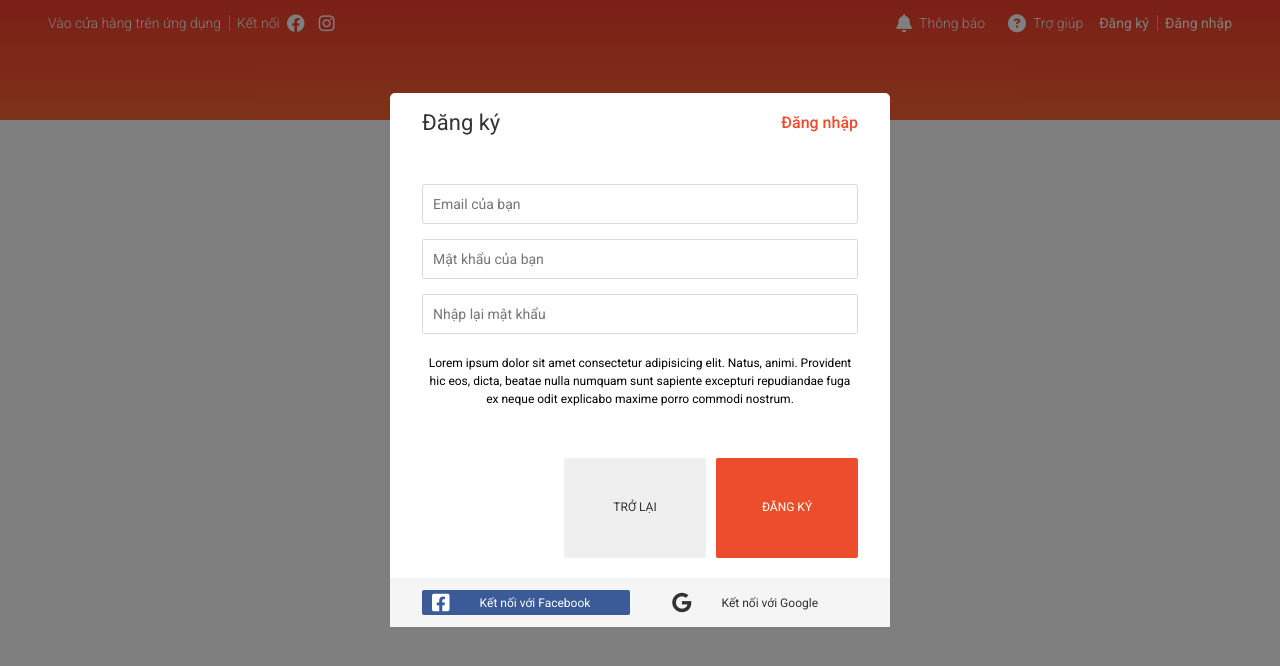
Repository: dptuyen1/F8-Tutorial
Page: index.html
An editor plug-in stored every save of this project. The page is shown before and after the next save, followed by the edit.
The browser window is 1280 px wide. The pictures show the whole page.

Above is the page before, as saved 2023-05-08 18:20:14.

### index.html
<!DOCTYPE html>
<html lang="en">
  <head>
    <meta charset="UTF-8" />
    <meta http-equiv="X-UA-Compatible" content="IE=edge" />
    <meta name="viewport" content="width=device-width, initial-scale=1.0" />
    <title>Document</title>
    <link
      rel="stylesheet"
      href="https://cdnjs.cloudflare.com/ajax/libs/normalize/8.0.1/normalize.min.css"
      integrity="sha512-NhSC1YmyruXifcj/KFRWoC561YpHpc5Jtzgvbuzx5VozKpWvQ+4nXhPdFgmx8xqexRcpAglTj9sIBWINXa8x5w=="
      crossorigin="anonymous"
      referrerpolicy="no-referrer"
    />
    <link rel="stylesheet" href="assets/css/base.css" />
    <link rel="stylesheet" href="assets/css/main.css" />
    <link
      rel="stylesheet"
      href="assets/fonts/fontawesome-free-6.4.0-web/css/all.min.css"
    />
    <link rel="preconnect" href="https://fonts.googleapis.com" />
    <link rel="preconnect" href="https://fonts.gstatic.com" crossorigin />
    <link
      href="https://fonts.googleapis.com/css2?family=Roboto:wght@300;400;500;700&display=swap"
      rel="stylesheet"
    />
  </head>

  <body>
    <div class="app">
      <header class="header">
        <div class="grid">
          <nav class="header__navbar">
            <ul class="header__navbar-list">
              <li
                class="header__navbar-item header__navbar-item-has-qr header__navbar-item-separate"
              >
                Vào cửa hàng trên ứng dụng
                <div class="header__qr">
                  <img
                    src="assets/img/qr_code.png"
                    alt="QR Cođe"
                    class="header__qr-img"
                  />
                  <div class="header__qr-apps">
                    <a href="" class="header__qr-link">
                      <img
                        src="assets/img/google_play.png"
                        alt="Google Play"
                        class="header__qr-download-img"
                      />
                    </a>
                    <a href="" class="header__qr-link">
                      <img
                        src="assets/img/app_store.png"
                        alt="App Store"
                        class="header__qr-download-img"
                      />
                    </a>
                  </div>
                </div>
              </li>
              <li class="header__navbar-item">
                <span class="header__navbar-title-no-pointer">Kết nối</span>
                <a href="" class="header__navbar-icon-link">
                  <i class="header__navbar-icon fa-brands fa-facebook"></i>
                </a>
                <a href="" class="header__navbar-icon-link">
                  <i class="header__navbar-icon fa-brands fa-instagram"></i>
                </a>
              </li>
            </ul>
            <ul class="header__navbar-list">
              <li class="header__navbar-item header__navbar-item--has-notify">
                <a href="" class="header__navbar-item-link">
                  <a href="" class="header__navbar-icon-link">
                    <i class="header__navbar-icon fa-solid fa-bell"></i> </a
                  >Thông báo
                </a>
                <div class="header__notify">
                  <header class="header__notify-header">
                    <h3>Thông báo mới nhận</h3>
                  </header>
                  <ul class="header__notify-list">
                    <li class="header__notify-item">
                      <a href="" class="header_notify-link">
                        <img
                          src="assets/img/comestic.jpg"
                          alt=""
                          class="header__notify-img"
                        />
                        <div class="header__notify-info">
                          <span class="header_notify-name"
                            >Mỹ phẩm Ohui chính hãng</span
                          >
                          <span class="header__notify-description"
                            >Mô tả mỹ tả Ohui chính hãng</span
                          >
                        </div>
                      </a>
                    </li>
                    <li class="header__notify-item header__notify-item--read">
                      <a href="" class="header_notify-link">
                        <img
                          src="assets/img/comestic.jpg"
                          alt=""
                          class="header__notify-img"
                        />
                        <div class="header__notify-info">
                          <span class="header_notify-name"
                            >Mỹ phẩm Ohui chính hãng</span
                          >
                          <span class="header__notify-description"
                            >Mô tả mỹ tả Ohui chính hãng</span
                          >
                        </div>
                      </a>
                    </li>
                    <li class="header__notify-item">
                      <a href="" class="header_notify-link">
                        <img
                          src="assets/img/comestic.jpg"
                          alt=""
                          class="header__notify-img"
                        />
                        <div class="header__notify-info">
                          <span class="header_notify-name"
                            >Mỹ phẩm Ohui chính hãng</span
                          >
                          <span class="header__notify-description"
                            >Mô tả mỹ tả Ohui chính hãng</span
                          >
                        </div>
                      </a>
                    </li>
                  </ul>
                  <footer class="header__notify-footer">
                    <a href="" class="header__notify-footer-btn">Xem tất cả</a>
                  </footer>
                </div>
              </li>
              <li class="header__navbar-item">
                <a href="" class="header__navbar-item-link">
                  <a href="" class="header__navbar-icon-link">
                    <i
                      class="header__navbar-icon fa-solid fa-circle-question"
                    ></i></a
                  >Trợ giúp
                </a>
              </li>
              <li
                class="header__navbar-item header__navbar-item-bold header__navbar-item-separate"
              >
                Đăng ký
              </li>
              <li class="header__navbar-item header__navbar-item-bold">
                Đăng nhập
              </li>
            </ul>
          </nav>
        </div>
      </header>

      <div class="container"></div>

      <footer class="footer"></footer>
    </div>

    <!-- Modal layout -->
    <div class="modal">
      <div class="modal__overlay"></div>
      <div class="modal__body">
        <div class="modal__inner"></div>

        <!-- Authenticated Form -->
        <form class="auth-form">
          <div class="auth-form__container">
            <div class="auth-form__header">
              <h3 class="auth_form__heading">Đăng ký</h3>
              <span class="auth_form__switch-btn">Đăng nhập</span>
            </div>
            <div class="auth-form__form">
              <div class="auth-form__group">
                <input
                  type="text"
                  class="auth-form__input"
                  placeholder="Email của bạn"
                />
              </div>
              <div class="auth-form__group">
                <input
                  type="password"
                  class="auth-form__input"
                  placeholder="Mật khẩu của bạn"
                />
              </div>
              <div class="auth-form__group">
                <input
                  type="password"
                  class="auth-form__input"
                  placeholder="Nhập lại mật khẩu"
                />
              </div>
            </div>
            <div class="auth-form__aside">
              <p>
                Lorem ipsum dolor sit amet consectetur adipisicing elit. Natus,
                animi. Provident hic eos, dicta, beatae nulla numquam sunt
                sapiente excepturi repudiandae fuga ex neque odit explicabo
                maxime porro commodi nostrum.
              </p>
            </div>
            <div class="auth-form__controls">
              <button class="btn btn--back">TRỞ LẠI</button>
              <button class="btn btn--primary">ĐĂNG KÝ</button>
            </div>
          </div>

          <div class="auth-form__socials">
            <a
              href=""
              class="auth-form__socials--facebook btn btn--size-s btn--with-icon"
            >
              <i
                class="auth-form_socials-icon fa-brands fa-square-facebook"
              ></i>
              <span class="auth-form__socials-label">Kết nối với Facebook</span>
            </a>
            <a
              href=""
              class="auth-form__socials--google btn btn--size-s btn--with-icon"
            >
              <i class="auth-form_socials-icon fa-brands fa-google"></i>
              <span class="auth-form__socials-label">Kết nối với Google</span>
            </a>
          </div>
        </form>
      </div>
    </div>
  </body>
</html>

### assets/css/base.css
:root {
  --primary-color: #ee4d2d;
  --white-color: #fff;
  --black-color: #000;
  --text-color: #333;
  --border-color: #dbdbdb;
}

* {
  box-sizing: inherit;
}

html {
  font-size: 62.5%;
  line-height: 1.6rem;
  font-family: "Roboto", sans-serif;
  box-sizing: border-box;
}

.grid {
  width: 1200px;
  max-width: 100%;
  /* căn giữa */
  margin: 0 auto;
}

.grid__full-width {
  width: 100%;
}

.grid__row {
  display: flex;
  flex-wrap: wrap;
}

/* Modal */
.modal {
  position: fixed;
  top: 0;
  right: 0;
  bottom: 0;
  left: 0;
  display: flex;
}

.modal__overlay {
  position: absolute;
  width: 100%;
  height: 100%;
  background-color: rgba(0, 0, 0, 0.5);
}

.modal__body {
  background-color: var(--white-color);
  margin: auto;
  position: relative;
  z-index: 1;
  border-radius: 5px;
}

.modal__inner {
}

/* Button style */
.btn {
  min-width: 142px;
  height: 100px;
  text-decoration: none;
  border: none;
  border-radius: 2px;
  cursor: pointer;
  padding: 0;
  font-size: 1.2rem;
  color: var(--text-color);
  display: flex;
  justify-content: center;
  align-items: center;
}

.btn:hover {
  background-color: rgba(0, 0, 0, 0.2);
}

.btn.btn--size-s {
  height: 25px;
  font-size: 1.2rem;
  padding: 0 10px;
}

.btn.btn--primary {
  color: var(--white-color);
  background-color: var(--primary-color);
}

.btn.btn--disabled {
  color: #ccc;
  cursor: default;
  background-color: #999;
}

/* Animation */
@keyframes fadeIn {
  from {
    opacity: 0;
  }

  to {
    opacity: 1;
  }
}

@keyframes notifyGrowth {
  from {
    opacity: 0;
    transform: scale(0);
  }

  to {
    opacity: 1;
    transform: scale(1);
  }
}

### assets/css/main.css
.header {
  height: 120px;
  background-image: linear-gradient(0, #fe6433, #f53e2d);
}

.header__navbar {
  display: flex;
  justify-content: space-between;
}

.header__navbar-list {
  list-style: none;
  padding-left: 0;
}

.header__navbar-item {
  margin: 0 8px;
  position: relative;
  min-height: 26px;
}

.header__navbar-item-has-qr:hover .header__qr {
  display: block;
}

.header__navbar-item,
.header__navbar-item-link {
  display: inline-block;
  font-size: 1.4rem;
  color: var(--white-color);
  text-decoration: none;
  font-weight: 300;
}

.header__navbar-list,
.header__navbar-item,
.header__navbar-item-link,
.header__navbar-icon-link {
  display: inline-flex;
  align-items: center;
}

.header__navbar-item:hover,
.header__navbar-item-link:hover,
.header__navbar-icon-link:hover {
  color: rgba(255, 255, 255, 0.5);
  cursor: pointer;
}

.header__navbar-item--has-notify:hover .header__notify {
  display: block;
}

.header__navbar-item-bold {
  font-weight: 400;
}

.header__navbar-item-separate::after {
  content: "";
  display: block;
  position: absolute;
  border-left: 1px solid #fb9086;
  height: 16px;
  right: -9px;
  top: 50%;
  transform: translateY(-50%);
}

.header__navbar-icon-link {
  color: var(--white-color);
  text-decoration: none;
}

.header__navbar-icon {
  font-size: 1.8rem;
  margin: 0 7px;
}

.header__navbar-title-no-pointer {
  cursor: text;
  color: var(--white-color);
}

/* Header QR Code  */
.header__qr {
  width: 185px;
  background-color: var(--white-color);
  position: absolute;
  left: 0;
  /* cao bằng thẻ chứa nó */
  top: 150%;
  padding: 8px;
  border-radius: 2px;
  display: none;
  animation: fadeIn ease-in 0.5s;
}

.header__qr::before {
  content: "";
  display: block;
  position: absolute;
  width: 100%;
  height: 20px;
  left: 0;
  top: -20px;
}

.header__qr-img {
  width: 100%;
}

.header__qr-apps {
  display: flex;
  justify-content: space-between;
}

.header__qr-link:first-child {
  margin-left: 11px;
}

.header__qr-link:last-child {
  margin-right: 11px;
}

.header__qr-download-img {
  height: 15px;
}

/* Header notification */

.header__notify {
  position: absolute;
  top: 150%;
  right: 0;
  width: 405px;
  background-color: var(--white-color);
  border: 1px solid #d3d3d3;
  border-radius: 2px;
  cursor: default;
  transform-origin: top right;
  display: none;
  animation: notifyGrowth ease-in 0.5s;
}

.header__notify::before {
  content: "";
  border-width: 20px 30px;
  border-style: solid;
  border-color: transparent transparent var(--white-color) transparent;
  position: absolute;
  right: 0;
  top: -30px;
}

.header__notify::after {
  content: "";
  display: block;
  position: absolute;
  right: 0;
  top: -20px;
  width: 100%;
  height: 20px;
}

.header__notify-header {
  height: 40px;
  background-color: var(--white-color);
}

.header__notify-header h3 {
  color: #999;
  margin: 0 0 0 12px;
  font-weight: 400;
  font-size: 1.4rem;
  line-height: 40px;
}

.header__notify-list {
  padding-left: 0;
}

.header__notify-item {
  display: flex;
}

.header__notify-item:hover {
  background-color: #f7f7f7;
}

.header__notify-item--read {
  background-color: rgba(238, 77, 45, 0.2);
}

.header_notify-link {
  width: 100%;
  display: flex;
  padding: 12px;
  text-decoration: none;
}

.header__notify-img {
  width: 50px;
  object-fit: contain;
}

.header__notify-info {
  margin-left: 12px;
}

.header_notify-name {
  display: block;
  font-size: 1.4rem;
  color: var(--black-color);
  font-weight: 400;
}

.header__notify-description {
  display: block;
  font-size: 1.2rem;
  line-height: 2rem;
  color: #756f6e;
  margin-top: 10px;
}

.header__notify-footer {
  display: flex;
}

.header__notify-footer-btn {
  text-decoration: none;
  color: var(--text-color);
  margin: 0 auto;
  padding: 10px;
  font-size: 1.4rem;
  font-weight: 400;
}

/* Authenticated modal */
.auth-form {
  width: 500px;
}

.auth-form__container {
  padding: 0 32px;
}

.auth-form__header {
  display: flex;
  align-items: center;
  justify-content: space-between;
}

.auth_form__heading {
  font-size: 2.2rem;
  font-weight: 400;
  color: var(--text-color);
}

.auth_form__switch-btn {
  font-size: 1.6rem;
  color: var(--primary-color);
  font-weight: 500;
  cursor: pointer;
}

.auth-form__form {
  margin-top: 16px;
}

.auth-form__group {
}

.auth-form__input {
  width: 100%;
  height: 40px;
  margin-top: 15px;
  padding: 0 10px;
  font-size: 1.4rem;
  border: 1px solid var(--border-color);
  border-radius: 2px;
  outline: none;
}

.auth-form__input:focus {
  border-color: #777;
}

.auth-form__aside {
  margin-top: 20px;
}

.auth-form__aside p {
  font-size: 1.2rem;
  line-height: 1.8rem;
  text-align: center;
}

.auth-form__controls {
  margin-top: 50px;
  margin-bottom: 20px;
  display: flex;
  justify-content: flex-end;
}

.btn--back {
  margin-right: 10px;
}

.btn--primary {
}

.auth-form__socials {
  background-color: #f5f5f5;
  padding: 12px 32px;
  display: flex;
  justify-content: space-between;
}

.btn--with-icon {
}

.auth-form_socials-icon {
  font-size: 2rem;
}

.auth-form__socials--facebook {
  color: var(--white-color);
  background-color: #3a5a98;
}

.auth-form__socials--facebook .auth-form_socials-icon {
  color: var(--white-color);
}

.auth-form__socials-label {
  margin: 0 30px;
}

Loaded but not shown: assets/fonts/fontawesome-free-6.4.0-web/css/all.min.css (library)

After the next save:
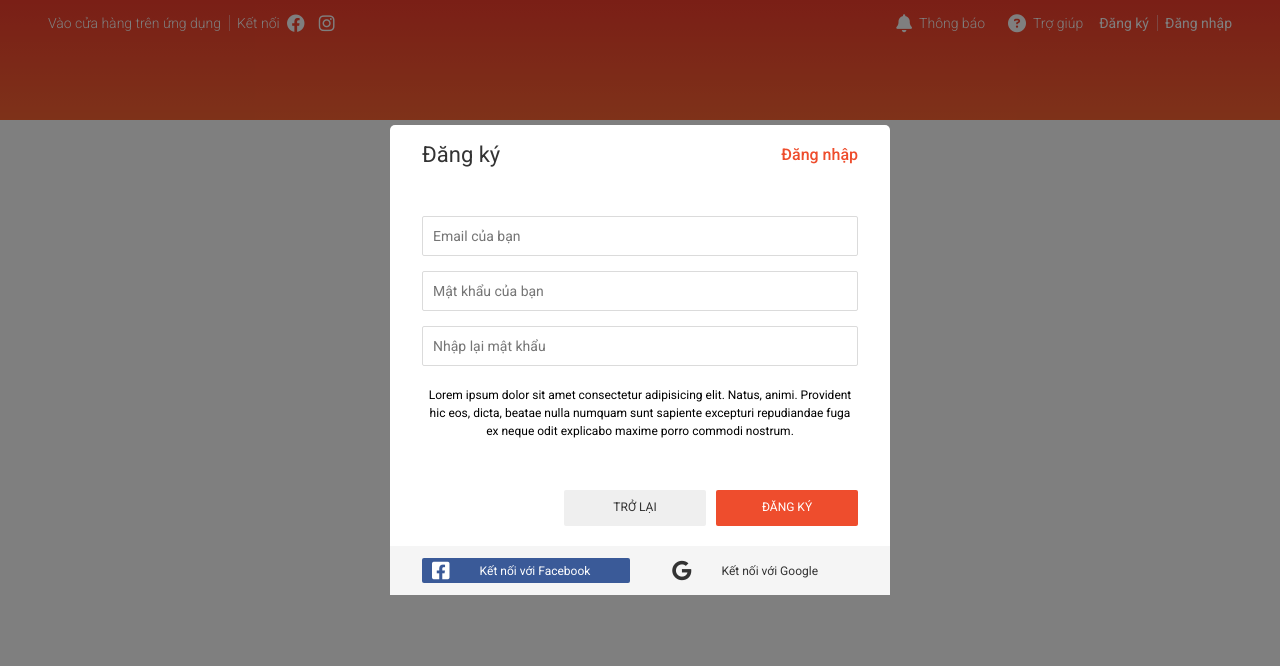
Saved 6 s later.
--- a/assets/css/base.css
+++ b/assets/css/base.css
@@ -64,7 +64,7 @@ html {
 /* Button style */
 .btn {
   min-width: 142px;
-  height: 100px;
+  height: 36px;
   text-decoration: none;
   border: none;
   border-radius: 2px;
